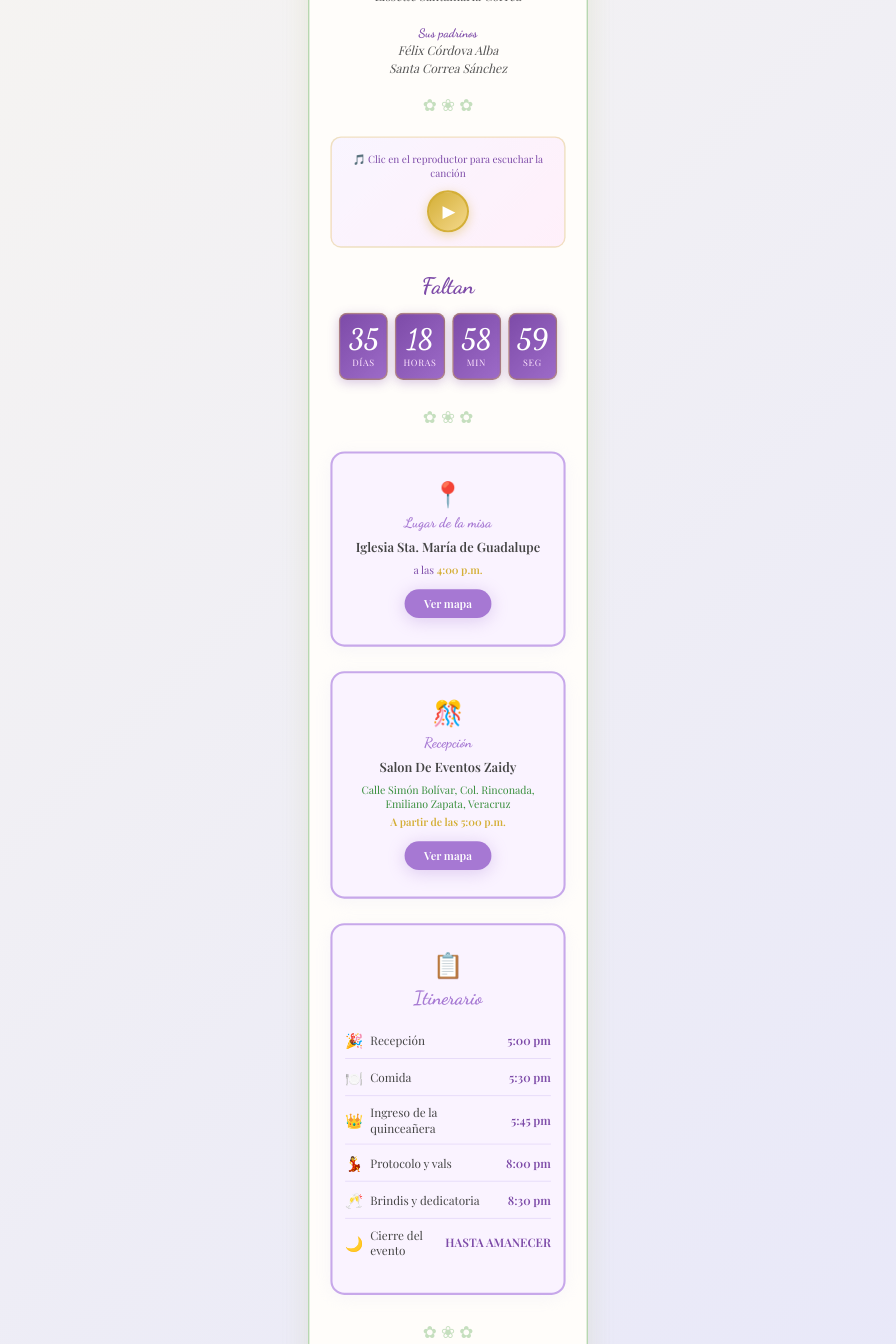
Repository: Jurgt2/InvitacionXvCamila
Page: index.html
These files come from the project's save history. The page is drawn as it stood at one moment and after the next save; the edit follows.
The browser window is 1280 px wide. The pictures show the part of the page from y = 687 to 2607 px (the page is 3219 px tall), at 70% of full size.
Some web fonts or font styles are not loaded; a fallback is used.

Above is the page before, as saved 2025-11-14 21:45:29.
Console error: TypeError: Cannot read properties of null (reading 'href')

After the next save:
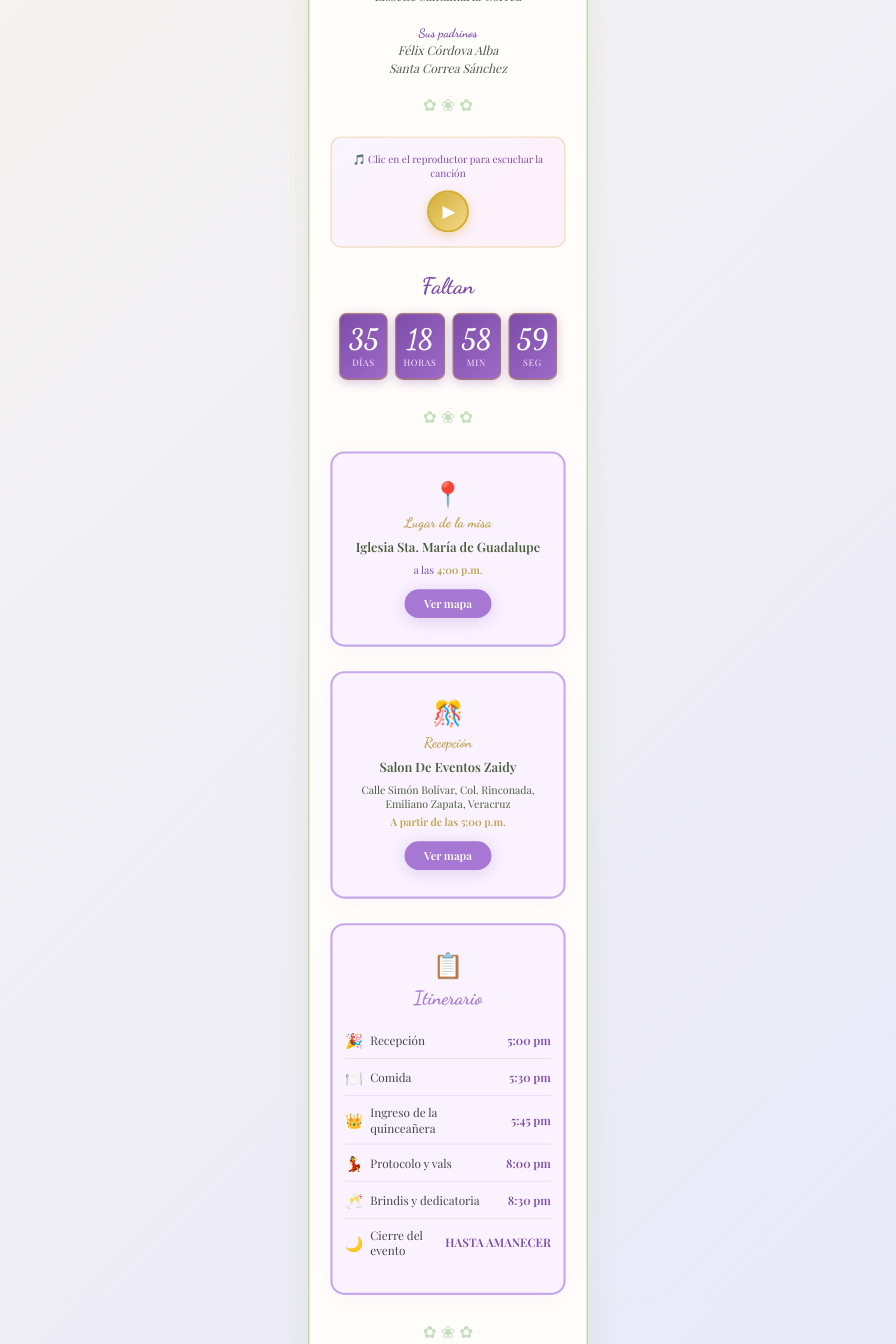
Saved 4 min 54 s later.
--- a/index.html
+++ b/index.html
@@ -97,20 +97,20 @@
 
         <!-- 6. Sección LUGAR -->
         <div class="cuadro-misa" style="background: #faf3ff; border: 3px solid #c7a8ea; border-radius: 20px; padding: 32px 18px 38px 18px; margin: 35px 0; text-align: center; box-shadow: 0 4px 24px #e6e6fa55;">
-            <div style="font-size:2.2rem; margin-bottom: 8px;">📍</div>
-                <div style="font-family: 'Dancing Script', cursive; font-size:1.25rem; color:#a678d3; margin-bottom: 10px; font-weight: 700;">Lugar de la misa</div>
-                <div style="font-family: 'Playfair Display', serif; font-size:1.15rem; color:#444; font-weight:700; margin-bottom: 10px;">Iglesia Sta. María de Guadalupe</div>
-                <div style="font-size:0.95rem; color:#7d4ba8; margin-bottom: 18px;">a las <span style="color:#d4af37; font-weight:700;">4:00 p.m.</span></div>
+            <div style="font-size:2.2rem; margin-bottom: 8px; color:#bfa14a;">📍</div>
+                <div style="font-family: 'Dancing Script', cursive; font-size:1.25rem; color:#bfa14a; margin-bottom: 10px; font-weight: 700;">Lugar de la misa</div>
+                <div style="font-family: 'Playfair Display', serif; font-size:1.15rem; color:#4b5e3c; font-weight:700; margin-bottom: 10px;">Iglesia Sta. María de Guadalupe</div>
+                <div style="font-size:0.95rem; color:#7d4ba8; margin-bottom: 18px;">a las <span style="color:#bfa14a; font-weight:700;">4:00 p.m.</span></div>
                 <a href="https://maps.app.goo.gl/ystdQ5vSETh3HKnf7" target="_blank" rel="noopener noreferrer" style="display:inline-block; background:#a678d3; color:#fff; font-family:'Playfair Display',serif; font-size:1rem; font-weight:600; border-radius:32px; padding:10px 28px; text-decoration:none; box-shadow:0 4px 24px #a678d355; transition:background 0.2s;">Ver mapa</a>
         </div>
 
         <!-- 7. Sección RECEPCIÓN -->
         <div class="cuadro-recepcion" style="background: #faf3ff; border: 3px solid #c7a8ea; border-radius: 20px; padding: 32px 18px 38px 18px; margin: 35px 0; text-align: center; box-shadow: 0 4px 24px #e6e6fa55;">
-            <div style="font-size:2.2rem; margin-bottom: 8px;">🎊</div>
-            <div style="font-family: 'Dancing Script', cursive; font-size:1.25rem; color:#a678d3; margin-bottom: 10px; font-weight: 700;">Recepción</div>
-            <div style="font-family: 'Playfair Display', serif; font-size:1.15rem; color:#444; font-weight:700; margin-bottom: 10px;">Salon De Eventos Zaidy</div>
-            <div style="font-family: 'Playfair Display', serif; font-size:0.95rem; color:#388e3c; margin-bottom: 6px;">Calle Simón Bolívar, Col. Rinconada, Emiliano Zapata, Veracruz</div>
-            <div style="font-family: 'Playfair Display', serif; font-size:0.95rem; color:#d4af37; font-weight:700; margin-bottom: 18px;">A partir de las 5:00 p.m.</div>
+            <div style="font-size:2.2rem; margin-bottom: 8px; color:#bfa14a;">🎊</div>
+            <div style="font-family: 'Dancing Script', cursive; font-size:1.25rem; color:#bfa14a; margin-bottom: 10px; font-weight: 700;">Recepción</div>
+            <div style="font-family: 'Playfair Display', serif; font-size:1.15rem; color:#4b5e3c; font-weight:700; margin-bottom: 10px;">Salon De Eventos Zaidy</div>
+            <div style="font-family: 'Playfair Display', serif; font-size:0.95rem; color:#4b5e3c; margin-bottom: 6px;">Calle Simón Bolívar, Col. Rinconada, Emiliano Zapata, Veracruz</div>
+            <div style="font-family: 'Playfair Display', serif; font-size:0.95rem; color:#bfa14a; font-weight:700; margin-bottom: 18px;">A partir de las 5:00 p.m.</div>
             <a href="https://maps.app.goo.gl/BLjvQERLtKDqoa328" target="_blank" rel="noopener noreferrer" style="display:inline-block; background:#a678d3; color:#fff; font-family:'Playfair Display',serif; font-size:1rem; font-weight:600; border-radius:32px; padding:10px 28px; text-decoration:none; box-shadow:0 4px 24px #a678d355; transition:background 0.2s;">Ver mapa</a>
         </div>
         <!-- 8. Sección ITINERARIO -->
